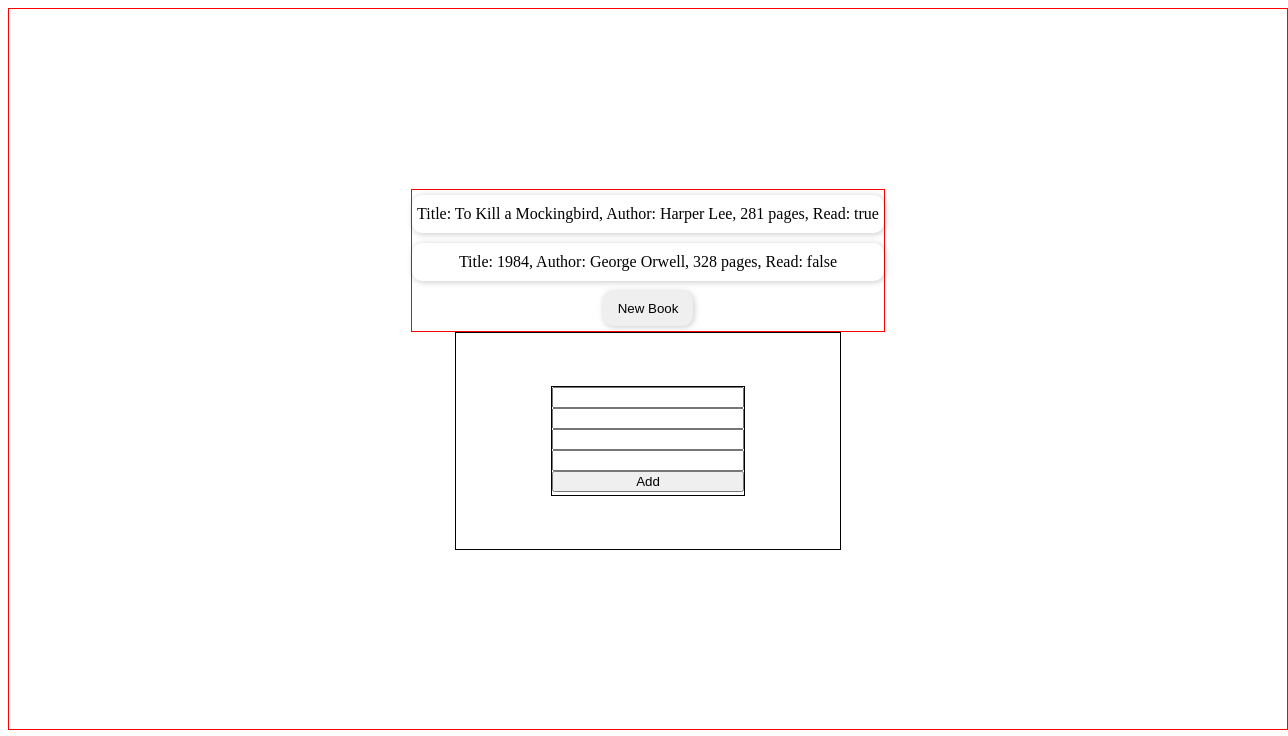
Repository: kocokoy/library
Page: index.html
The author's editor kept a copy of each file at every save. The page is drawn from the files as they stood at one save, then again after a run of saves.
The browser window is 1280 px wide. The page is 1288 px wide, so the pictures cover 1288 px, including what lies to the right of the window. The pictures show the whole page.

Above is the page before, as saved 2024-11-06 09:13:42.

### index.html
<!DOCTYPE html>
<html lang="en">
<head>
  <meta charset="UTF-8">
  <meta name="viewport" content="width=device-width, initial-scale=1.0">
  <link rel="stylesheet" href="style.css">
  <title>Document</title>
</head>
<body>
  <div class="container">
    <div class="display-button-card">
      <div class="book-display jsBookDisplay">
      </div>
      <button class="new-book-button jsNewBookButton">New Book</button>
    </div>
    <div class="add-new-book-card">
      <div>
        <input class="jsBookTitle" type="text">
        <input class="jsBookAuthor" type="text">
        <input class="jsBookPages" type="text">
        <input class="jsBookRead" type="text">
        <button class="jsAddBook">Add</button>
      </div>
    </div>
  </div>
<script src="script.js"></script>
</body>
</html>

### style.css
body{
  width: 100%;
  height: 100vh;
}
.container{
  display: flex;
  flex-direction: column;
  justify-content: center;
  align-items: center;
  border: 1px solid red;
  height: 100%;
}
.display-button-card{
  border: 1px solid red;
  display: flex;
  flex-direction: column;
  justify-content: center;
  align-items: center;
}
.book-display{
  display: flex;
  flex-direction: column;
  justify-content: center;
  align-items: center;
}
.book-card{
  box-shadow: 1px 1px 6px  rgba(0, 0, 0, 0.219);
  padding: 10px 0px;
  border-radius: 10px;
  display: flex;
  flex-direction: row;
  justify-content: center;
  align-items: center;
  margin: 5px;
  width: 100%;
}

.new-book-button{

  padding: 10px;
  margin: 5px;
  border-radius: 10px;
  border: none;
  box-shadow: 1px 1px 6px  rgba(0, 0, 0, 0.219);
  width: 19%;
  cursor: pointer;
}

/* add book card */
.add-new-book-card {
  border: 1px solid black;
  height: 30%;
  width: 30%;
  display: flex;
  flex-direction: column;
  align-items: center;
  justify-content: center;
}

.add-new-book-card div{
  border: 1px solid black;
  height: 50%;
  width: 50%;
  display: flex;
  flex-direction: column;
}

input

### script.js
const bookTitleElement = document.querySelector('.jsBookTitle');
const bookAuthorElement = document.querySelector('.jsBookAuthor');
const bookPagesElement = document.querySelector('.jsBookPages');
const bookReadElement = document.querySelector('.jsBookRead');
const bookButtonElement = document.querySelector('.jsNewBookButton');
const bookDisplayElement = document.querySelector('.jsBookDisplay');

const myLibrary = [
  {title: 'To Kill a Mockingbird', author: 'Harper Lee', pages: 281, read: true},
  {title: '1984', author: 'George Orwell', pages: 328, read: false},
];


displayBookToLibrary();

function Book(title,author,pages,read) {
  this.title = title;
  this.author = author;
  this.pages = pages;
  this.read = read;
  this.info = function(){
    const bookObj = {
      title: this.title,
      author: this.author,
      pages: this.pages,
      read: this.read,
    }
    return bookObj;
  };
}

function addBookToLibrary(title,author,pages,read) {
  const book = new Book(title,author,pages,read);
  myLibrary.push(book.info());
}

function displayBookToLibrary(){

  bookDisplayElement.innerHTML = '';

  myLibrary.forEach(book => {
    const div = document.createElement('div');
    div.classList.add('book-card');
    div.innerHTML = `
      <div>Title: ${book.title}, Author: ${book.author}, ${book.pages} pages, Read: ${book.read}</div>
    `
    bookDisplayElement.appendChild(div);
    console.log(book);
  })
}

bookButtonElement.addEventListener('click', () => {
  const bookTitleValue = bookTitleElement.value;
  const bookAuthorValue = bookAuthorElement.value;
  const bookPagesValue = bookPagesElement.value;
  const bookReadValue = bookReadElement.value;
  bookTitleElement.value = '';
  bookAuthorElement.value = '';
  bookPagesElement.value = '';
  bookReadElement.value = '';
  addBookToLibrary(bookTitleValue,bookAuthorValue,bookPagesValue,bookReadValue);
  displayBookToLibrary();
})

After the next 2 saves:
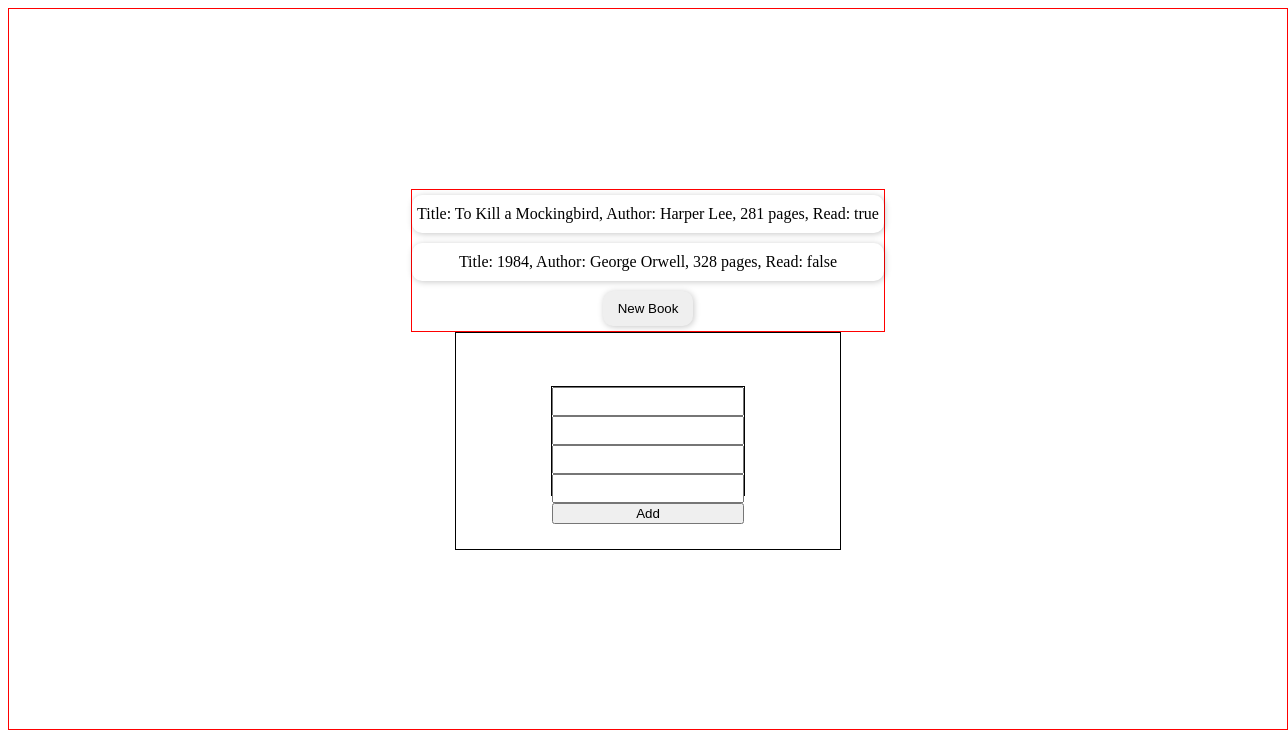
The 2 saves are shown as one change because they came seconds apart.
The last was saved 10 s later.
--- a/style.css
+++ b/style.css
@@ -65,4 +65,6 @@ body{
   flex-direction: column;
 }
 
-input
+input{
+  padding: 5px;
+}
